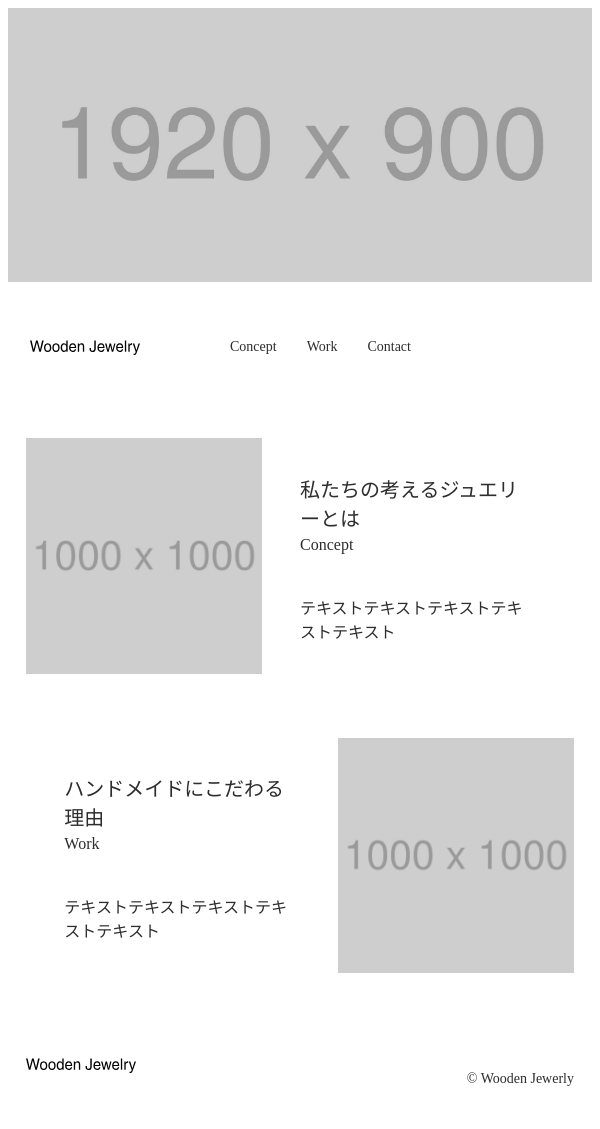
Repository: Fuki-san/jewelry
Page: http://localhost/jewelry
These files come from the project's save history. The page is drawn as it stood at one moment and after a run of saves; the edit follows.
The browser window is 600 px wide. The pictures show the whole page.
The page is served by the project's Laravel application, run on PHP 8.4 with Laravel 10.

Above is the page before, as saved 2023-11-26 15:09:10.

After the next 3 saves:
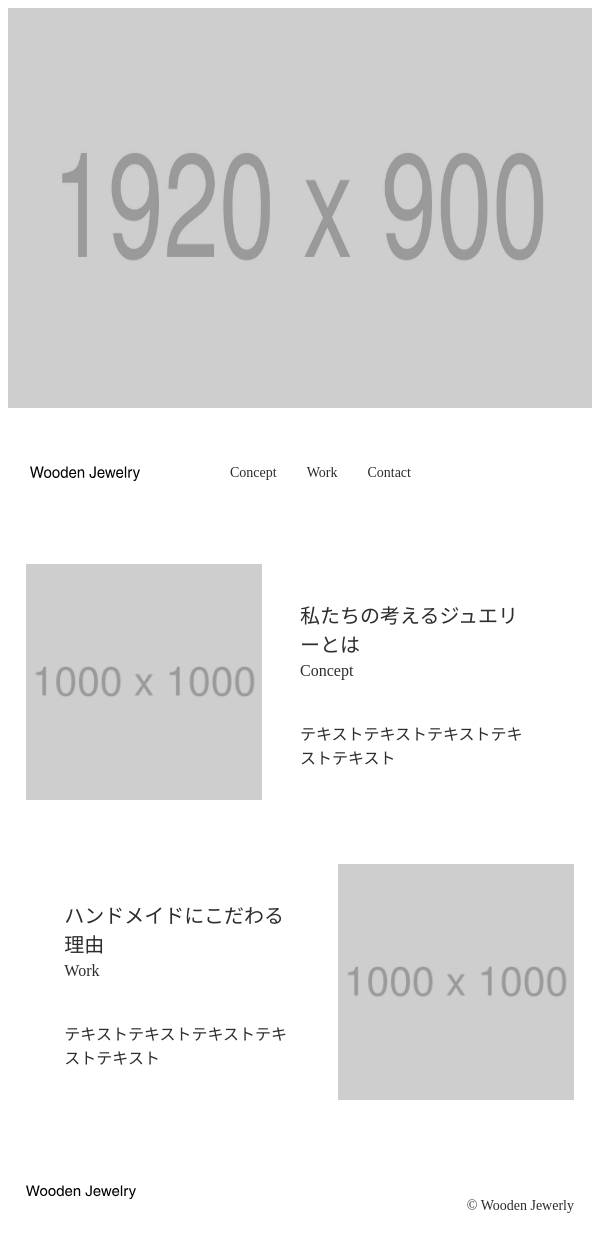
The 3 saves are shown as one change because they came seconds apart.
The last was saved 7 s later.
--- a/public/css/style.css
+++ b/public/css/style.css
@@ -109,6 +109,7 @@ img{
     }
     #mainvisual img{
         width: 100%;
-        height: ;
+        height: 50vh;
+        obje
     }
 }
